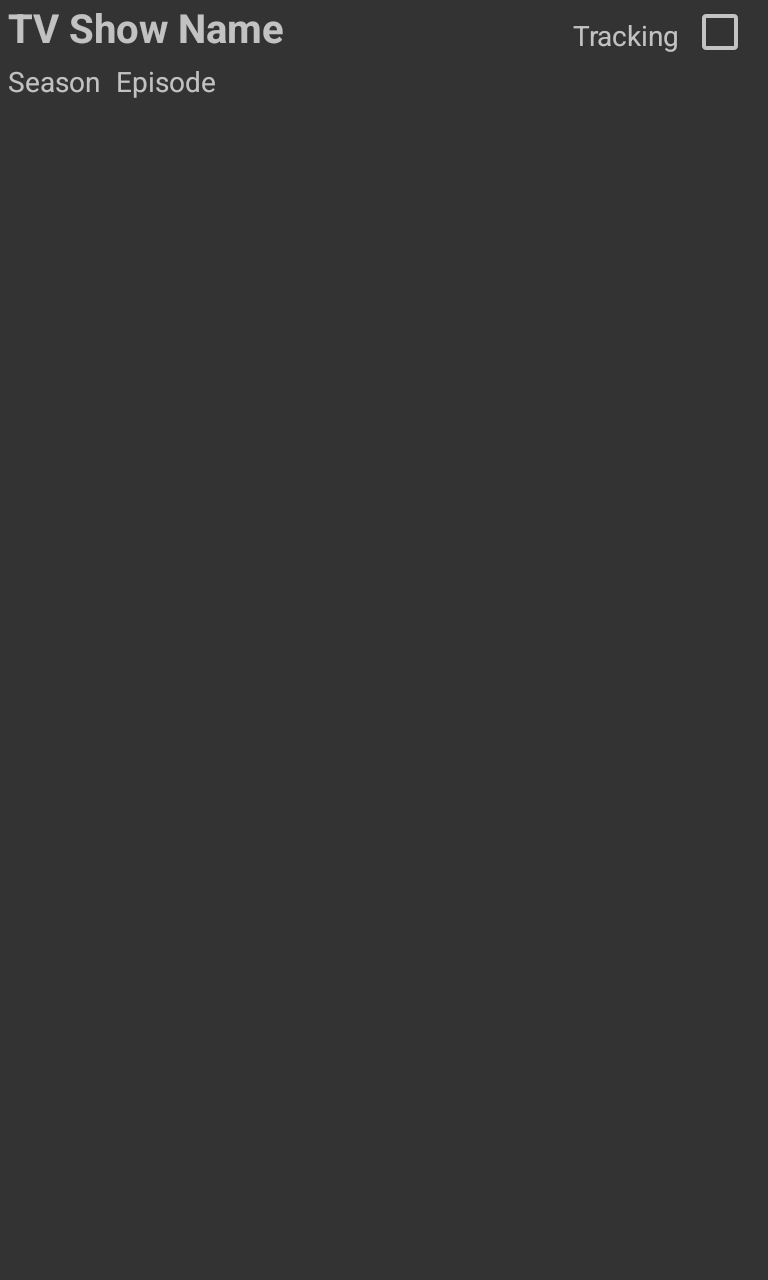
Repository: Jeedan/learning-android-apps
Layout: TvShowTracker/res/layout/list_item_tvshow.xml
An editor plug-in stored every save of this project. The layout is shown before and after the next save, followed by the edit.
It is drawn on a 768 x 1280 px phone screen (xhdpi) without system bars, with theme AppTheme; the app's code is not run. The app's manifest (not shown) leaves right-to-left support off. So textAlignment, textDirection and layoutDirection are ignored, and left and right values win over start and end ones.

Above is the layout before, as saved 2014-10-29 15:11:15.

After the next save:
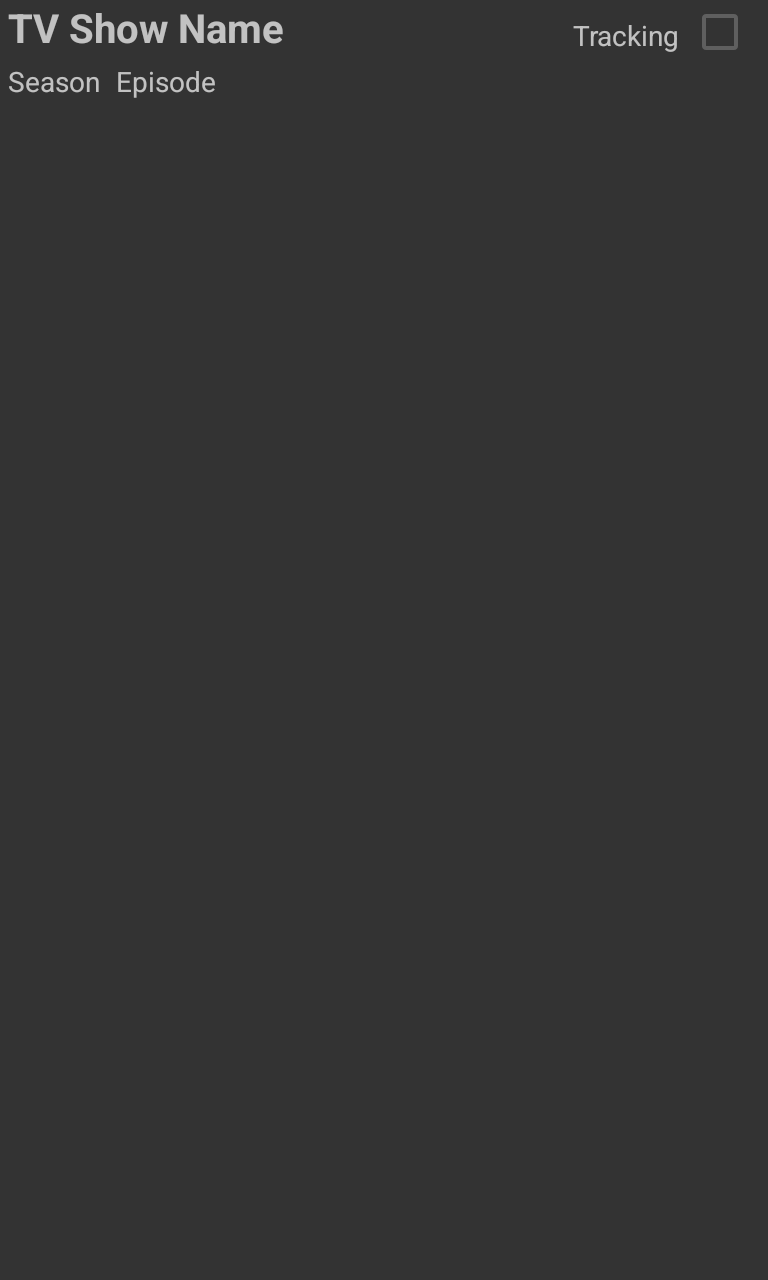
Saved 2 min 40 s later.
--- a/TvShowTracker/res/layout/list_item_tvshow.xml
+++ b/TvShowTracker/res/layout/list_item_tvshow.xml
@@ -19,7 +19,7 @@
         android:layout_alignParentRight="true"
         android:layout_alignParentEnd="true"
         android:padding="4dp"
-        android:enabled="true"
+        android:enabled="false"
         android:focusable="false"/>
 
     <TextView
